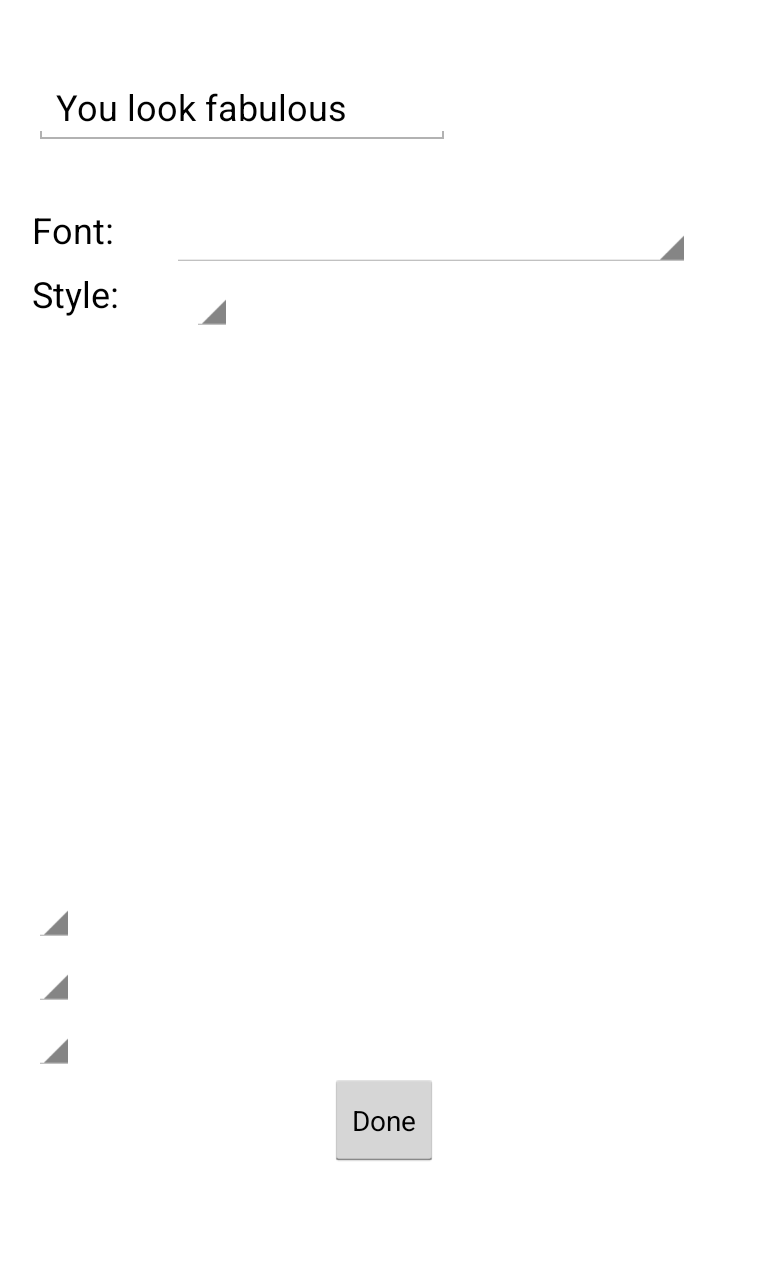
Repository: rtyanas/MyPics
Layout: workspace/MyPic/res/layout/activity_settings.xml
These files come from the project's save history. The layout is drawn as it stood at one moment and after the next save; the edit follows.
It is drawn on a 768 x 1280 px phone screen (xhdpi) without system bars, with theme AppTheme; the app's code is not run.

Above is the layout before, as saved 2013-12-17 19:24:59.

### workspace/MyPic/res/layout/activity_settings.xml
<RelativeLayout xmlns:android="http://schemas.android.com/apk/res/android"
    xmlns:tools="http://schemas.android.com/tools"
    android:id="@+id/message"
    android:layout_width="match_parent"
    android:layout_height="match_parent"
    android:paddingBottom="@dimen/activity_vertical_margin"
    android:paddingLeft="@dimen/activity_horizontal_margin"
    android:paddingRight="@dimen/activity_horizontal_margin"
    android:paddingTop="@dimen/activity_vertical_margin"
    tools:context=".SettingsActivity" >

    <EditText
        android:id="@+id/editText1"
        android:layout_width="wrap_content"
        android:layout_height="wrap_content"
        android:layout_alignParentTop="true"
        android:layout_marginTop="18dp"
        android:ems="10"
        android:text="@string/fabulous" />

    <Button
        android:id="@+id/done"
        style="?android:attr/buttonStyleSmall"
        android:layout_width="wrap_content"
        android:layout_height="wrap_content"
        android:layout_alignParentBottom="true"
        android:layout_centerHorizontal="true"
        android:layout_marginBottom="40dp"
        android:text="@string/done" />

    <Spinner
        android:id="@+id/rotate"
        android:layout_width="wrap_content"
        android:layout_height="wrap_content"
        android:layout_above="@+id/done"
        android:layout_alignLeft="@+id/size" />

    <Spinner
        android:id="@+id/size"
        android:layout_width="wrap_content"
        android:layout_height="wrap_content"
        android:layout_above="@+id/rotate"
        android:layout_alignLeft="@+id/color" />

    <Spinner
        android:id="@+id/color"
        android:layout_width="wrap_content"
        android:layout_height="wrap_content"
        android:layout_above="@+id/size"
        android:layout_alignLeft="@+id/editText1" />

    <LinearLayout
        android:id="@+id/linearLayout1"
        android:layout_width="wrap_content"
        android:layout_height="wrap_content"
        android:layout_alignLeft="@+id/editText1"
        android:layout_below="@+id/editText1"
        android:layout_marginTop="29dp" >

        <TextView
            android:id="@+id/textView2"
            android:layout_width="69dp"
            android:layout_height="wrap_content"
            android:text="@string/font"
            android:textAppearance="?android:attr/textAppearanceMedium" />

        <Spinner
            android:id="@+id/font"
            android:layout_width="261dp"
            android:layout_height="wrap_content" />
    </LinearLayout>

    <LinearLayout
        android:layout_width="wrap_content"
        android:layout_height="wrap_content"
        android:layout_alignLeft="@+id/linearLayout1"
        android:layout_below="@+id/linearLayout1" >

        <TextView
            android:id="@+id/textView1"
            android:layout_width="79dp"
            android:layout_height="wrap_content"
            android:text="@string/style"
            android:textAppearance="?android:attr/textAppearanceMedium" />

        <Spinner
            android:id="@+id/style"
            android:layout_width="wrap_content"
            android:layout_height="wrap_content"
            android:layout_weight="1" />
    </LinearLayout>

</RelativeLayout>

### workspace/MyPic/res/values/strings.xml
<?xml version="1.0" encoding="utf-8"?>
<resources>

    <string name="app_name">MyPic</string>
    <string name="action_settings">Settings</string>
    <string name="hello_world">Hello world!</string>
    <string name="fabulous">You look fabulous</string>
    <string name="my_pic_image">myPic Image</string>
    <string name="get_image">Get Image</string>
    <string name="title_activity_get_image">GetImageActivity</string>
    <string name="title_activity_settings">SettingsActivity</string>
    <string name="init_text">You are fabulous</string>
    <string name="done">Done</string>
    <string-array name="Fonts">
        <item >Normal</item>
        <item >Monospace</item>
        <item >Sans Serif</item>
        <item >Serif</item>
    </string-array>
    <string-array name="Color">
        <item >Black</item>
        <item >Red</item>
        <item >Green</item>
        <item >White</item>
        <item >Blue</item>
        <item >Grey</item>
        <item >Cyan</item>
        <item >Dark Gray</item>
        <item >Magenta</item>
        <item >Transparent</item>
        <item >Yellow</item>
    </string-array>
    <string-array name="Style">
        <item >Bold</item>
        <item >Bold Italic</item>
        <item >Italic</item>
        <item >Normal</item>
    </string-array>
    <string-array name="Size">
        <item >12</item>
        <item >16</item>
        <item >18</item>
        <item >24</item>
        <item >28</item>
        <item >32</item>
        <item >36</item>
        <item >40</item>
    </string-array>
    <string-array name="Rotate">
        <item >0</item>
        <item >-90</item>
        <item >90</item>
    </string-array>
        <string name="font">Font:</string>
        <string name="style">Style:</string>
        <string name="color_label">Color:</string>

</resources>

Loaded but not shown: workspace/MyPic/res/values/styles.xml (common file); workspace/MyPic/res/values-v11/styles.xml (common file); workspace/MyPic/res/values-v14/styles.xml (common file); workspace/MyPic/res/values/dimens.xml (common file)

After the next save:
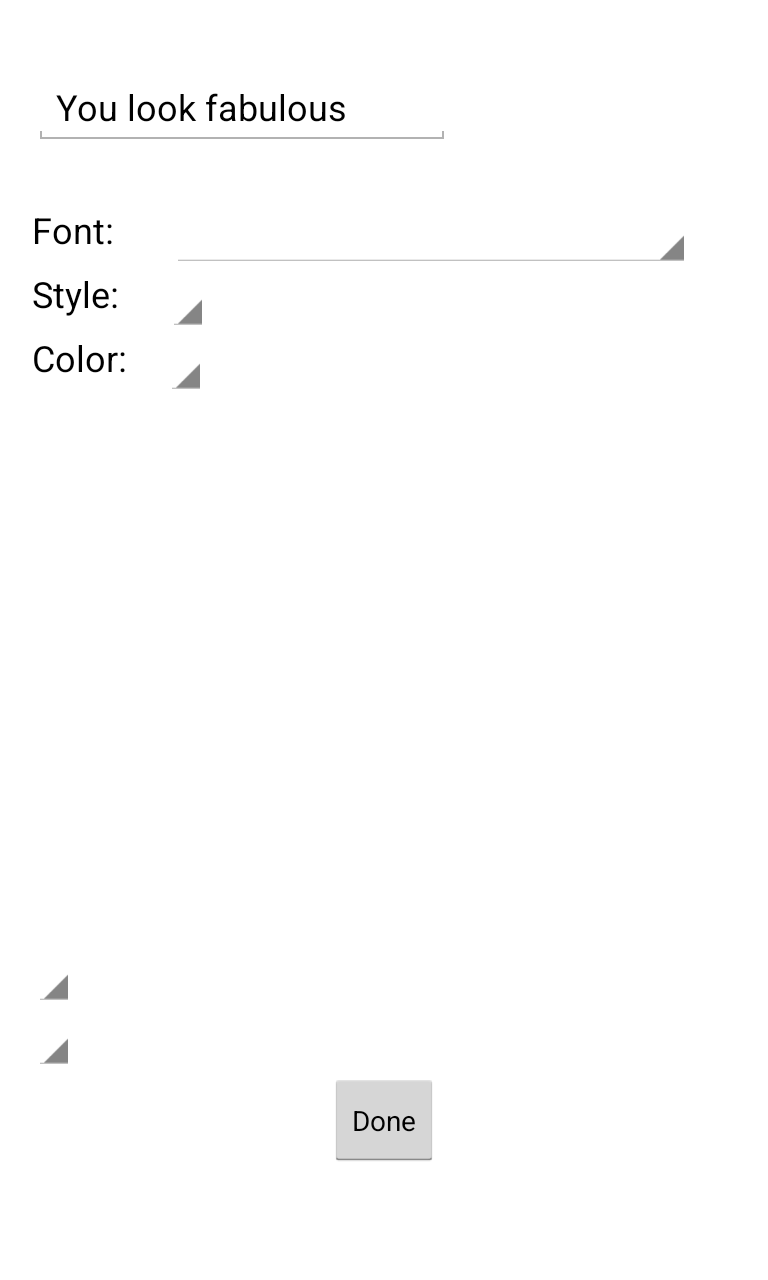
Saved 51 s later.
--- a/workspace/MyPic/res/layout/activity_settings.xml
+++ b/workspace/MyPic/res/layout/activity_settings.xml
@@ -40,13 +40,6 @@
         android:layout_width="wrap_content"
         android:layout_height="wrap_content"
         android:layout_above="@+id/rotate"
-        android:layout_alignLeft="@+id/color" />
-
-    <Spinner
-        android:id="@+id/color"
-        android:layout_width="wrap_content"
-        android:layout_height="wrap_content"
-        android:layout_above="@+id/size"
         android:layout_alignLeft="@+id/editText1" />
 
     <LinearLayout
@@ -71,6 +64,7 @@
     </LinearLayout>
 
     <LinearLayout
+        android:id="@+id/linearLayout2"
         android:layout_width="wrap_content"
         android:layout_height="wrap_content"
         android:layout_alignLeft="@+id/linearLayout1"
@@ -78,7 +72,7 @@
 
         <TextView
             android:id="@+id/textView1"
-            android:layout_width="79dp"
+            android:layout_width="67dp"
             android:layout_height="wrap_content"
             android:text="@string/style"
             android:textAppearance="?android:attr/textAppearanceMedium" />
@@ -90,4 +84,24 @@
             android:layout_weight="1" />
     </LinearLayout>
 
+    <LinearLayout
+        android:layout_width="wrap_content"
+        android:layout_height="wrap_content"
+        android:layout_alignLeft="@+id/linearLayout2"
+        android:layout_below="@+id/linearLayout2" >
+
+        <TextView
+            android:id="@+id/textView3"
+            android:layout_width="66dp"
+            android:layout_height="wrap_content"
+            android:text="@string/color_label"
+            android:textAppearance="?android:attr/textAppearanceMedium" />
+
+        <Spinner
+            android:id="@+id/color"
+            android:layout_width="wrap_content"
+            android:layout_height="wrap_content"
+            android:layout_weight="1" />
+    </LinearLayout>
+
 </RelativeLayout>
